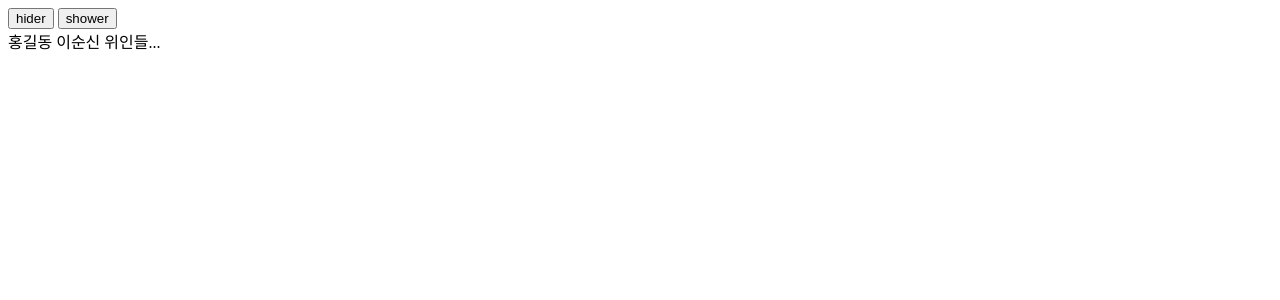
Repository: velSeon/Jsp_study
Page: workshop8/WebContent/ajax.html
An editor plug-in stored every save of this project. The page is shown before and after the next save, followed by the edit.
The browser window is 1280 px wide. The pictures show the whole page.

Above is the page before, as saved 2020-10-05 05:42:36.

### workshop8/WebContent/ajax.html
<!DOCTYPE html>
<html>
<head>
<meta charset="UTF-8">
<title>Insert title here</title>
<script src="https://ajax.googleapis.com/ajax/libs/jquery/3.3.1/jquery.min.js"></script>
<script type="text/javascript">
$(document).ready(function(){
	$("#hider").click(function(){
		$("span").hide("slow");
	});
	$("#shower").click(function(){
		$("span").show(2000,function(){
			$("#red").css("font-size","30px");
		});
	});
});
</script>
</head>
<body>
<button id="hider">hider</button>
<button id="shower">shower</button>
<div>
<span>홍길동</span> <span>이순신</span>
<span id = "red">위인들...</span>
</div>
</body>
</html>

After the next save:
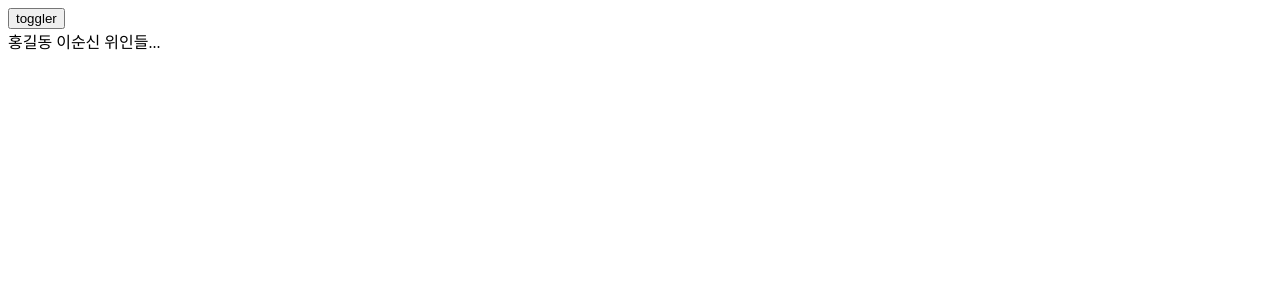
Console error: ReferenceError: documet is not defined
Saved 73 s later.
--- a/workshop8/WebContent/ajax.html
+++ b/workshop8/WebContent/ajax.html
@@ -5,21 +5,17 @@
 <title>Insert title here</title>
 <script src="https://ajax.googleapis.com/ajax/libs/jquery/3.3.1/jquery.min.js"></script>
 <script type="text/javascript">
-$(document).ready(function(){
-	$("#hider").click(function(){
-		$("span").hide("slow");
-	});
-	$("#shower").click(function(){
-		$("span").show(2000,function(){
-			$("#red").css("font-size","30px");
-		});
+$(documet).ready(function(){
+	$("#toggler").click(function(){
+		$("span").toggle("slow");
 	});
 });
+
 </script>
 </head>
 <body>
-<button id="hider">hider</button>
-<button id="shower">shower</button>
+<button id="toggler">toggler</button>
+
 <div>
 <span>홍길동</span> <span>이순신</span>
 <span id = "red">위인들...</span>
